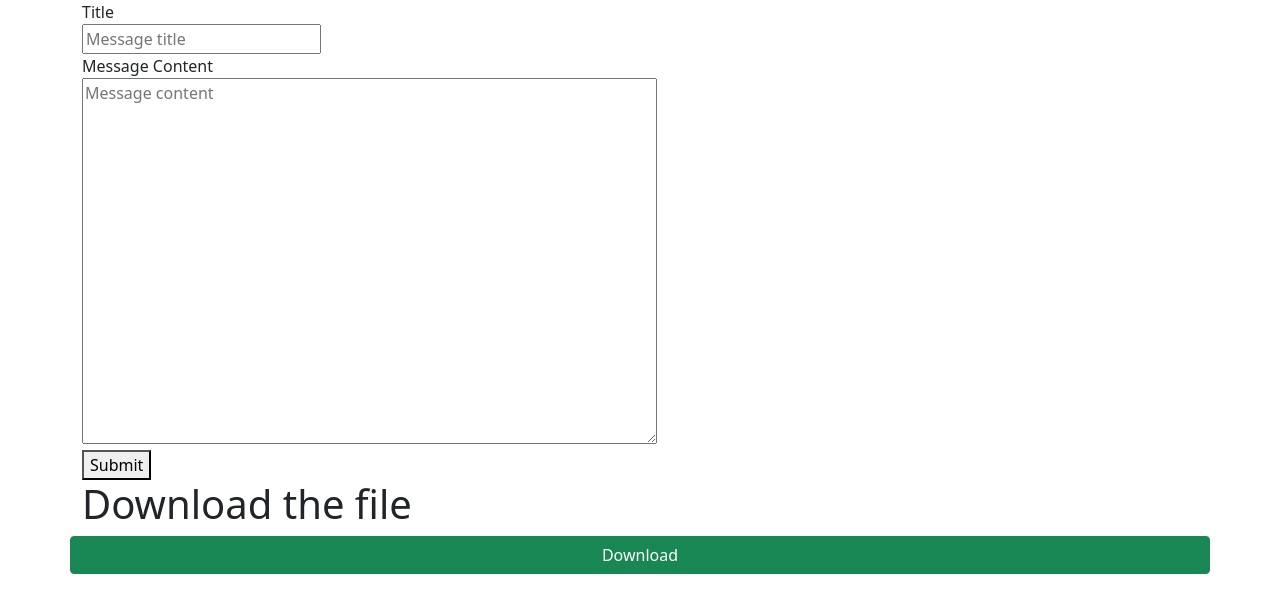
Repository: hselbie/courserator
Page: http://localhost/
The author's editor kept a copy of each file at every save. The page is drawn from the files as they stood at one save, then again after the next save.
The browser window is 1280 px wide. The pictures show the whole page.
The page is served by the project's application, run on Flask 3 (app.py).

Above is the page before, as saved 2023-08-17 21:06:57.

### templates/index.html

<!doctype html>
<html lang="en">
  <head>
    <!-- Required meta tags -->
    <meta charset="utf-8">
    <meta name="viewport" content="width=device-width, initial-scale=1">

    <!-- Bootstrap CSS -->
    <link href="https://cdn.jsdelivr.net/npm/bootstrap@5.0.2/dist/css/bootstrap.min.css" rel="stylesheet" integrity="sha384-EVSTQN3/azprG1Anm3QDgpJLIm9Nao0Yz1ztcQTwFspd3yD65VohhpuuCOmLASjC" crossorigin="anonymous">

    <title>Download Flask!</title>
  </head>
  <body>
    <div class="container">
        <div class="row">
          <form method="post">
            <label for="title">Title</label>
            <br>
            <input type="text" name="title"
                   placeholder="Message title"
                   value="{{ request.form['title'] }}"></input>
            <br>

            <label for="content">Message Content</label>
            <br>
            <textarea name="content"
                      placeholder="Message content"
                      rows="15"
                      cols="60"
                      >{{ request.form['content'] }}</textarea>
            <br>
            <button type="submit">Submit</button>
        </form>
          </form>
          <!-- <form method="POST">
            <label for="shape_name">Enter Shape Name:</label><br>
            <input type="text" id="shape_name" name="shape_name" value="my_first_shape"><br>
            <label for="coords">Enter Shape Coords:</label><br>
            <input type="text" id="coords" name="coords" value="my_first_shape"><br>
            <label for="shape_name">Enter Start Stop Coords:</label><br>
            <input type="text" id="start_coords" name="start_coords" value="my_first_shape"><br>
            <input name="coords" type="submit" placeholder="example format 23.233222, 45.323233">
          </form> -->
            <h1>Download the file</h1>
            <a class="btn btn-success" href="{{url_for('download')}}">Download</a>
        </div>
    </div>
    <script src="https://cdn.jsdelivr.net/npm/bootstrap@5.0.2/dist/js/bootstrap.bundle.min.js" integrity="sha384-MrcW6ZMFYlzcLA8Nl+NtUVF0sA7MsXsP1UyJoMp4YLEuNSfAP+JcXn/tWtIaxVXM" crossorigin="anonymous"></script>
    </body>
</html>

### app.py
from flask import Flask, send_file, url_for, request, jsonify, render_template

app = Flask(__name__)


@app.route('/')
def index():
    return render_template('index.html')

@app.route('/', methods=['POST'])
def my_form_post():
    data_name = request.form['name']
    data_coords = request.form['coords']
    processed_text = data_name.upper()
    return processed_text

@app.route('/download')
def download():
    path = 'output/lower_wilder.kml'
    return send_file(path, as_attachment=True)

if __name__ == '__main__':
    app.run(debug=True, port=8000, host='127.0.0.1')

After the next save:
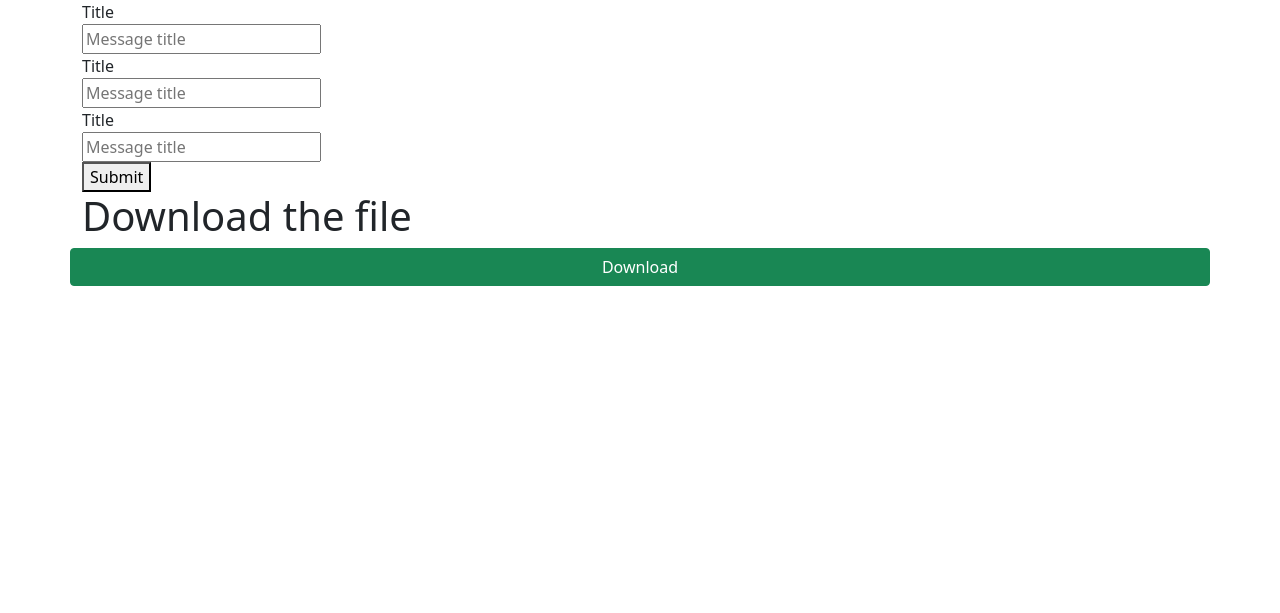
Saved 75 s later.
--- a/templates/index.html
+++ b/templates/index.html
@@ -21,16 +21,19 @@
                    placeholder="Message title"
                    value="{{ request.form['title'] }}"></input>
             <br>
-
-            <label for="content">Message Content</label>
+            <label for="title">Title</label>
             <br>
-            <textarea name="content"
-                      placeholder="Message content"
-                      rows="15"
-                      cols="60"
-                      >{{ request.form['content'] }}</textarea>
+            <input type="text" name="title"
+                   placeholder="Message title"
+                   value="{{ request.form['title'] }}"></input>
             <br>
-            <button type="submit">Submit</button>
+            <label for="title">Title</label>
+            <br>
+            <input type="text" name="title"
+                   placeholder="Message title"
+                   value="{{ request.form['title'] }}"></input>
+            <br>
+              <button type="submit">Submit</button>
         </form>
           </form>
           <!-- <form method="POST">
